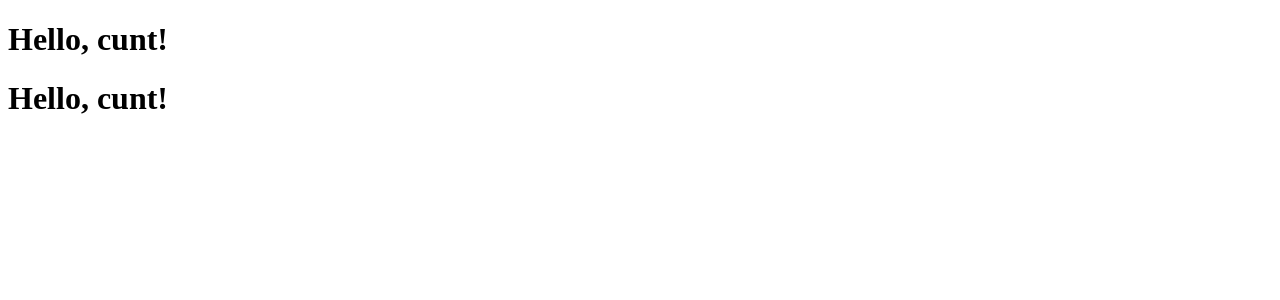
Repository: khanhdk0000/first_proj
Page: http://localhost/
These files come from the project's save history. The page is drawn as it stood at one moment and after a run of saves; the edit follows.
The browser window is 1280 px wide. The pictures show the whole page.
The page is served by the project's application, run on Flask 3 (flaskblog.py).

Above is the page before, as saved 2021-05-24 21:58:49.

### templates/home.html
<!DOCTYPE html>
<html>
<head>
    <title>Document</title>
</head>
<body>
    {% for post in posts %}
        <h1>Hello, cunt!</h1>
    {% endfor %}
</body>
</html>

### flaskblog.py
from flask import Flask, render_template
app = Flask(__name__)


posts = [
    {
        'author': 'Corey Schafer',
        'title': 'Blog Post 1',
        'content': 'First post content',
        'date_posted': 'April 20, 2018'
    },
    {
        'author': 'Jane Doe',
        'title': 'Blog Post 2',
        'content': 'Second post content',
        'date_posted': 'April 21, 2018'
    }
]

@app.route('/')
@app.route('/home')
def hello_world():
    return render_template('home.html', posts=posts)

@app.route('/about')
def about():
    return render_template('about.html')

if __name__ == '__main__':
    app.run(debug=True)

After the next 2 saves:
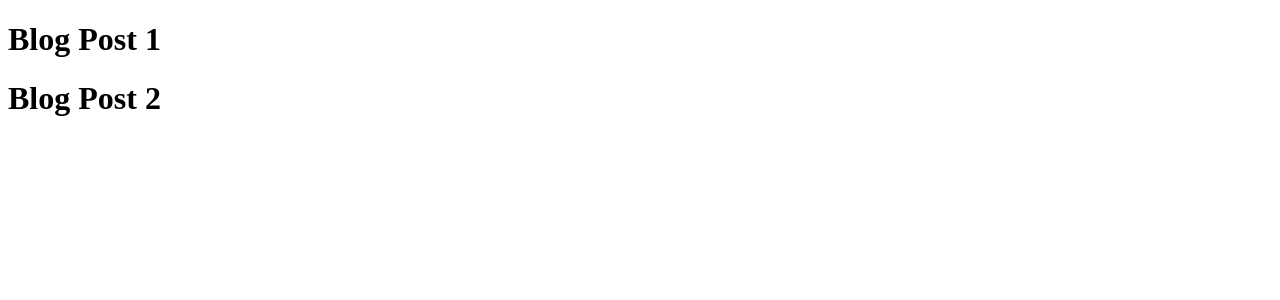
The 2 saves are shown as one change because 1 did not build or start.
The last was saved 17 s later.
--- a/templates/home.html
+++ b/templates/home.html
@@ -5,7 +5,7 @@
 </head>
 <body>
     {% for post in posts %}
-        <h1>Hello, cunt!</h1>
+        <h1>{{post.title}}</h1>
     {% endfor %}
 </body>
 </html>
